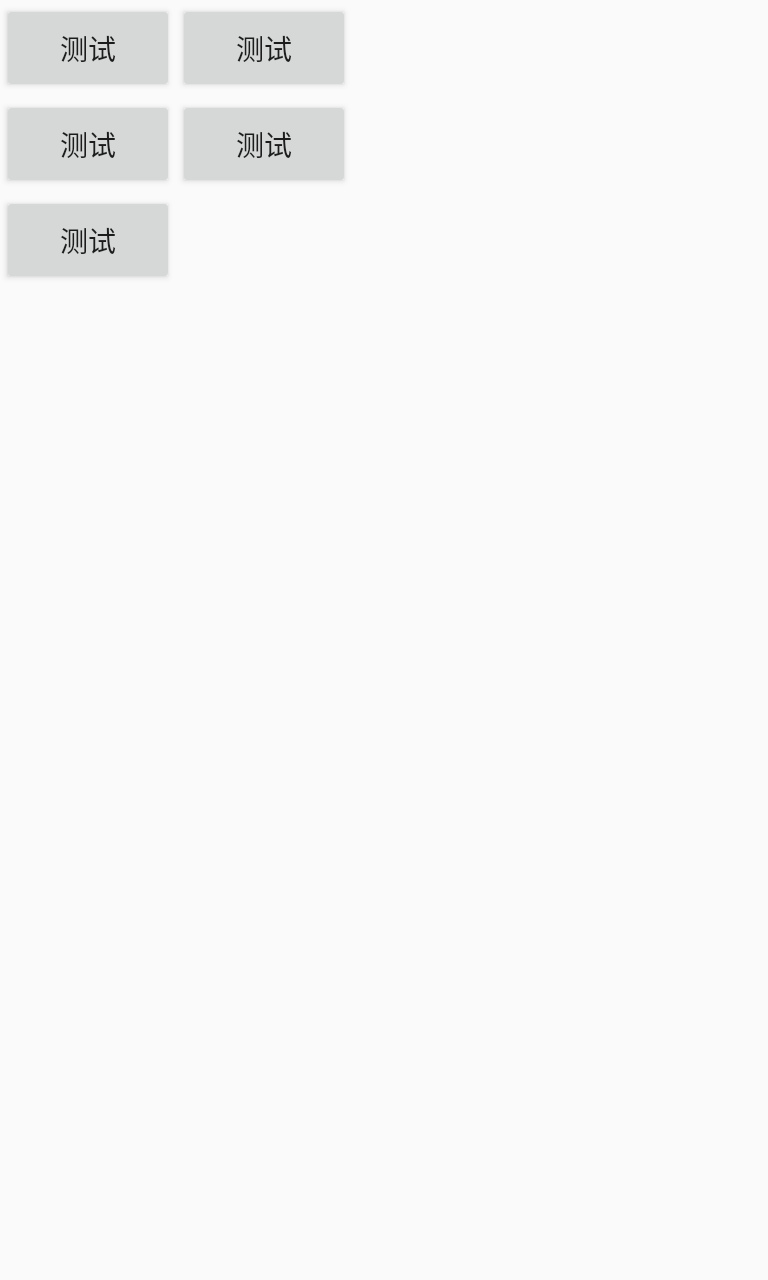
Repository: A207/guanjingjing
Layout: day4/LayoutApp/res/layout/ActivityGridLayout.xml
An editor plug-in stored every save of this project. The layout is shown before and after the next save, followed by the edit.
It is drawn on a 768 x 1280 px phone screen (xhdpi) without system bars, with theme AppTheme; the app's code is not run.

Above is the layout before, as saved 2015-07-09 11:07:27.

### day4/LayoutApp/res/layout/ActivityGridLayout.xml
<?xml version="1.0" encoding="UTF-8"?>
<GridLayout xmlns:android="http://schemas.android.com/apk/res/android"
    		android:layout_width="match_parent"
    		android:layout_height="match_parent"
    		android:orientation="vertical"
    		android:rowCount="3" >
    		<!-- android:columnCount="3" -->
    <Button
        android:layout_width="wrap_content"
        android:layout_height="wrap_content"
        android:text="测试" ></Button>
    <Button
        android:layout_width="wrap_content"
        android:layout_height="wrap_content"
        android:text="测试" ></Button>
    <Button
        android:layout_width="wrap_content"
        android:layout_height="wrap_content"
        android:text="测试" ></Button>
    <Button
        android:layout_width="wrap_content"
        android:layout_height="wrap_content"
        android:text="测试" ></Button>
    <Button
        android:layout_width="wrap_content"
        android:layout_height="wrap_content"
        android:text="测试" ></Button>

</GridLayout>

Loaded but not shown: day4/LayoutApp/res/values/styles.xml (common file); day4/LayoutApp/res/values-v11/styles.xml (common file); day4/LayoutApp/res/values-v14/styles.xml (common file)

After the next save:
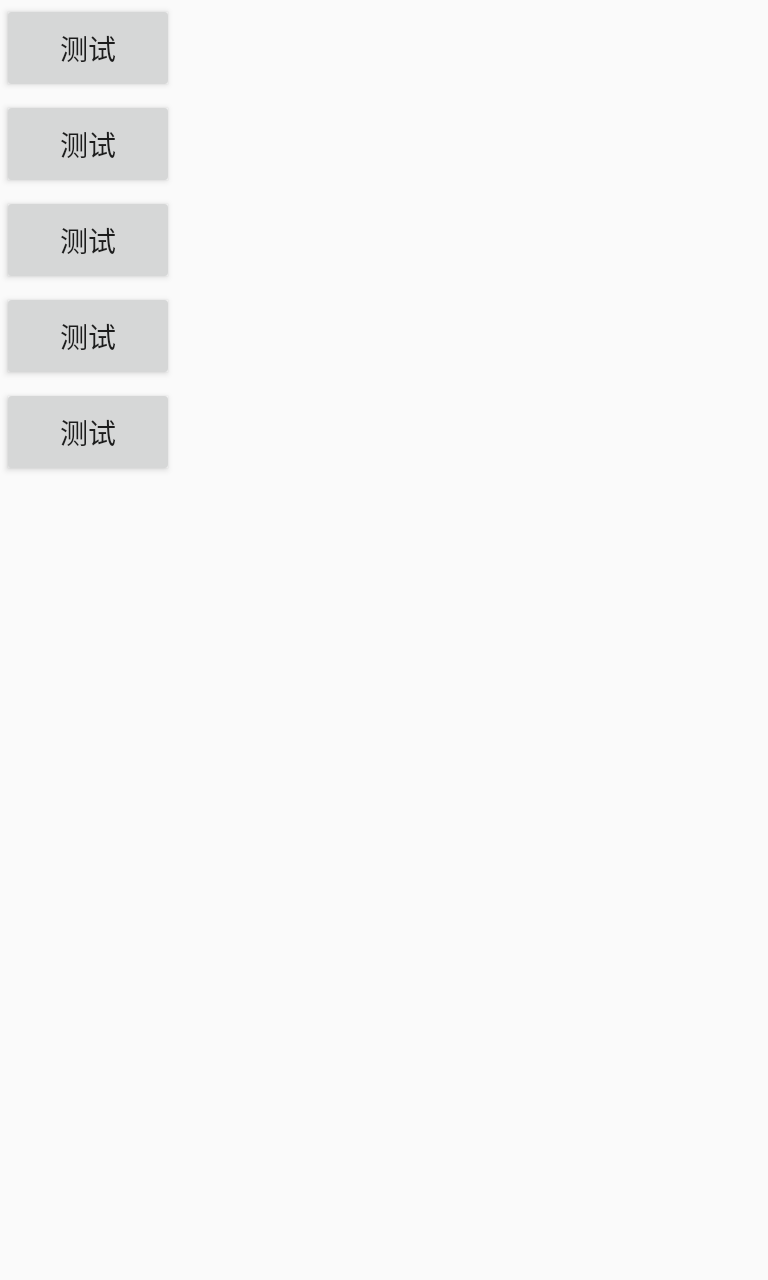
Saved 2 min 1 s later.
--- a/day4/LayoutApp/res/layout/ActivityGridLayout.xml
+++ b/day4/LayoutApp/res/layout/ActivityGridLayout.xml
@@ -3,7 +3,7 @@
     		android:layout_width="match_parent"
     		android:layout_height="match_parent"
     		android:orientation="vertical"
-    		android:rowCount="3" >
+    		android:rowCount="8" >
     		<!-- android:columnCount="3" -->
     <Button
         android:layout_width="wrap_content"
